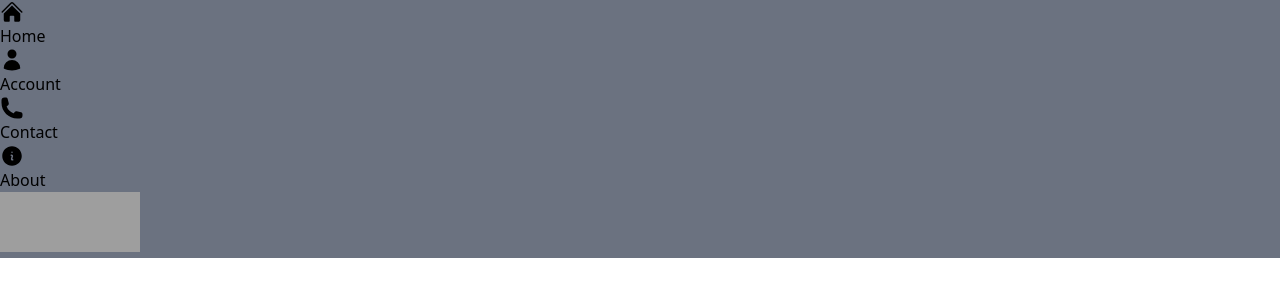
Repository: lyvandat/imdb-movie
Page: /
An editor plug-in stored every save of this project. The page is shown before and after the next save, followed by the edit.
The browser window is 1280 px wide. The pictures show the whole page.
Pictures or frames that could not be fetched are drawn as grey boxes. The project was rebuilt for these pictures with package versions that can differ from the ones it lists, and the page was loaded fresh each time. The framework's server and built-in components were replaced by stand-ins that run in the browser. Also part of the build but not shown: next.config.js.

Above is the page before, as saved 2022-10-04 10:21:26.

After the next save:
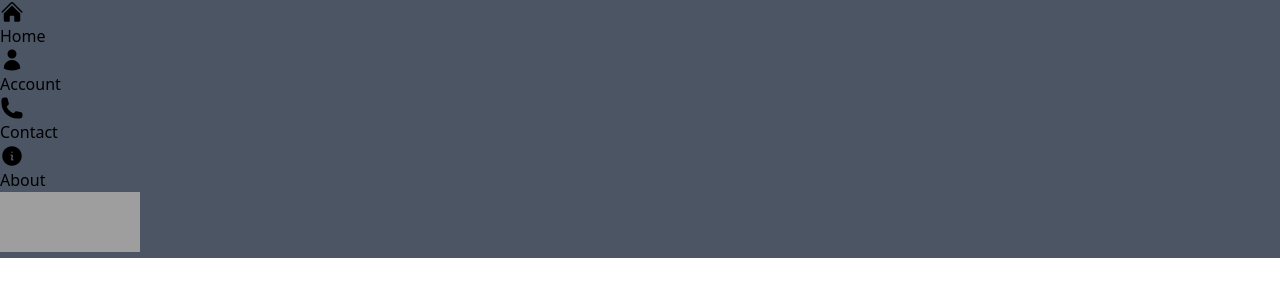
Saved 8 s later.
--- a/components/Header.js
+++ b/components/Header.js
@@ -11,7 +11,7 @@ import {
 
 function Header() {
   return (
-    <section className="bg-gray-500">
+    <section className="bg-gray-600">
       <ul>
         <li>
           <HomeIcon className="h-6" />
